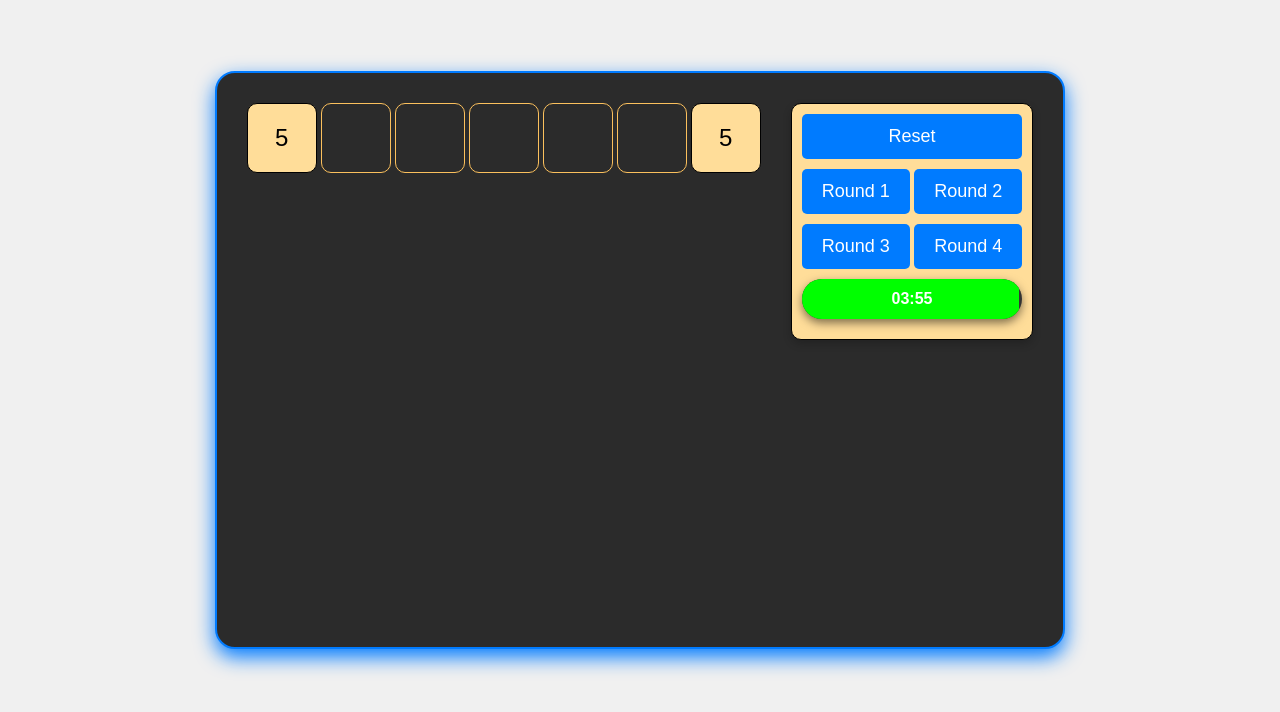
Repository: radisyah/THE_BRAIN_STORM
Page: Broken Link.html
An editor plug-in stored every save of this project. The page is shown before and after a run of saves, followed by the edit.
The browser window is 1280 px wide. The pictures show the whole page.

Above is the page before, as saved 2024-10-31 00:35:31.

### Broken Link.html
<!DOCTYPE html>
<html lang="en">
<head>
    <meta charset="UTF-8">
    <meta name="viewport" content="width=device-width, initial-scale=1.0">
    <title>The Brain Storm | Broken Link</title>
    <style>
        body {
            font-family: Arial, sans-serif;
            display: flex;
            justify-content: center; /* Center the main content */
            align-items: center; /* Center vertically */
            height: 100vh;
            margin: 0;
            background-color: #f0f0f0;
        }

        .container {
            display: flex;
            justify-content: center;
            align-items: flex-start;
            background-color: #2b2b2b; /* Dark background for contrast */
            border-radius: 20px;
            box-shadow: 0 8px 20px  #007bff;
            padding: 30px;
            border: 2px solid #007bff;
            transition: transform 0.3s ease-in-out;
        }

        /* Timer container styles */
        .timer-container {
            position: relative;
            width: 100%;
            height: 40px;
            background-color: #333;
            border-radius: 20px;
            overflow: hidden;
            box-shadow: 0px 4px 10px rgba(0, 0, 0, 0.5);
            margin-bottom: 10px;
        }

        /* Timer text styles */
        #timer {
            position: absolute;
            top: 50%;
            left: 50%;
            transform: translate(-50%, -50%);
            color: white;
            font-size: 16px;
            font-weight: bold;
            z-index: 2;
        }

        /* Progress bar styles */
        .timer-bar {
            position: absolute;
            top: 0;
            left: 0;
            height: 100%;
            background: linear-gradient(90deg, #00ff00, #ffff00, #ff0000);
            width: 100%;
            transition: width 1s linear;
            z-index: 1;
        }


        .container:hover {
            transform: scale(1.02); /* Slight scale effect when hovering over the container */
        }


        .grid-container {
            display: grid;
            grid-template-columns: repeat(7, 70px); /* Size increased */
            grid-template-rows: repeat(7, 70px); /* Size increased */
            gap: 4px; /* Increased gap */
            position: relative;
            margin-right: 30px; /* Space between grid and buttons */
        }

        .grid-item {
            display: flex;
            justify-content: center;
            align-items: center;
            font-size: 24px; /* Increased font size */
            background-color: #ffdd99;
            border: 1px solid #000;
            color: #000;
            cursor: pointer;
            position: relative;
            border-radius: 10px;
            transition: background-color 0.3s;
        }

        .grid-item[data-number=""] {
            background-color: #2b2b2b;
            border: 1px solid #fbc05d;
            cursor: default; /* Change cursor for empty grids */
        }

        .grid-item.active {
            background-color: #fbc05d;
        }

        .grid-item:hover {
            /* transform: translateY(-5px); */
            background-color: #fbc05d;

        }


        canvas {
            position: absolute;
            top: 0;
            left: 0;
            z-index: 1;
            pointer-events: none;
        }

        .green {
            background-color: #28a745 !important;
        }

        #resetButton {
            padding: 12px 25px; /* Increased padding */
            font-size: 18px; /* Increased font size */
            cursor: pointer;
            background-color: #007bff;
            color: white;
            border: none;
            border-radius: 5px;
            transition: background-color 0.3s;
        }

        #resetButton:hover {
            background-color: #0056b3;
        }

        .question-buttons {
            display: flex;
            flex-direction: column; /* Align buttons vertically */
            gap: 10px;
            padding: 10px; /* Added padding */
            background-color: #ffdd99; /* Background color for buttons layout */
            border-radius: 10px; /* Rounded corners */
            box-shadow: 0 4px 8px rgba(0, 0, 0, 0.2); /* Shadow for effect */
             border: 1px solid #000;
        }

        .grid-item.active:hover {
            background-color: #fbc05d; /* Warna background berubah */
        }

        .grid-item.green {
    background-color: #28a745 !important; /* Ensure this color is visible */
    border: 1px solid #000; /* Optional: add border to differentiate */
}

        .question-button {
            padding: 12px 20px; /* Increased padding */
            font-size: 18px; /* Increased font size */
            cursor: pointer;
            background-color: #007bff;
            color: white;
            border: none;
            border-radius: 5px;
            transition: background-color 0.3s;
        }

        .question-button:hover {
            background-color: #0056b3;
        }
    </style>
</head>
<body>

<div class="container">
    <div class="grid-container" id="grid-container">
        <!-- Grid elements will be filled here -->
    </div>

    <div class="question-buttons">
        <button id="resetButton">Reset</button>
        <div>
            <button class="question-button" onclick="loadQuestion(1)">Round 1</button>
            <button class="question-button" onclick="loadQuestion(2)">Round 2</button>
        </div>
        <div>
            <button class="question-button" onclick="loadQuestion(3)">Round 3</button>
            <button class="question-button" onclick="loadQuestion(4)">Round 4</button>
        </div>
        <div class="timer-container">
            <div id="timer">04:00</div>
            <div class="timer-bar"></div>
        </div>

    </div>
</div>

<canvas id="lineCanvas"></canvas>

<script>
    const canvas = document.getElementById('lineCanvas');
    const ctx = canvas.getContext('2d');
    const gridContainer = document.getElementById('grid-container');
    const resetButton = document.getElementById('resetButton');
    let activeGrid = null;
    let lines = []; // Store lines to be drawn

    // Data grid untuk soal
    const questions = {
        1: [
            { number: "5" }, { number: "" }, { number: "" }, { number: "" }, { number: "" }, { number: "" }, { number: "5" },
        ],
    };

    let timeLimit = 240; // Limit waktu dalam detik
    let timeRemaining = timeLimit;
    let isTimerRunning = false;
    const timerDisplay = document.getElementById('timer');
    const timerBar = document.querySelector('.timer-bar');

    function startTimer() {
        if (isTimerRunning) return;
        isTimerRunning = true;

        timerInterval = setInterval(() => {
            timeRemaining--;

            // Format menit dan detik
            const minutes = Math.floor(timeRemaining / 60);
            const seconds = timeRemaining % 60;
            timerDisplay.textContent = `${minutes < 10 ? '0' + minutes : minutes}:${seconds < 10 ? '0' + seconds : seconds}`;

            // Perbarui lebar progress bar
            const percentage = (timeRemaining / timeLimit) * 100;
            timerBar.style.width = `${percentage}%`;

            // Ubah warna progress bar
            if (percentage <= 33) {
                timerBar.style.background = "#ff0000";
            } else if (percentage <= 66) {
                timerBar.style.background = "#ffff00";
            } else {
                timerBar.style.background = "#00ff00";
            }

            // Ketika waktu habis
            if (timeRemaining <= 0) {
                clearInterval(timerInterval);
                isTimerRunning = false;
                timerDisplay.textContent = "Time is Over";
                disableGridInteractions(); // Fungsi untuk mengunci input
            }
        }, 1000);
    }


    let isGridDisabled = false; // Global flag to track grid disabled state

    function disableGridInteractions() {
        isGridDisabled = true; // Set the disabled flag
        Array.from(gridContainer.children).forEach((gridItem) => {
            gridItem.style.pointerEvents = 'none';
        });
        resetButton.disabled = true;
        resetButton.style.pointerEvents = 'none';
    }



    function resizeCanvas() {
        const rect = gridContainer.getBoundingClientRect();
        canvas.width = rect.width;
        canvas.height = rect.height;
        canvas.style.top = `${rect.top}px`;
        canvas.style.left = `${rect.left}px`;
    }

// Load the grid
function loadGrid(data) {
    gridContainer.innerHTML = '';
    data.forEach((item, index) => {
        const gridItem = document.createElement('div');
        gridItem.classList.add('grid-item');
        gridItem.dataset.number = item.number;
        gridItem.textContent = item.number || '';
        gridItem.dataset.index = index;

        // Prevent interaction with empty grid items
        if (item.number === "") {
            gridItem.classList.add('empty');
        } else {
            gridItem.addEventListener('click', () => {
                activateGrid(gridItem);
            });
        }

        gridContainer.appendChild(gridItem);
    });

    // Resize canvas to match the grid
    resizeCanvas();
}

    // Tambahkan variabel untuk menyimpan level yang sedang aktif
    let currentQuestion = 1;

    // Ensure grid is disabled on level load if `isGridDisabled` is true
    function loadQuestion(questionNumber) {
        currentQuestion = questionNumber;
        loadGrid(questions[questionNumber]);
        ctx.clearRect(0, 0, canvas.width, canvas.height);
        activeGrid = null;
        lines = [];
        if (isGridDisabled) disableGridInteractions(); // Check and disable if needed
    }

    function activateGrid(gridItem) {
        if (activeGrid) {
            activeGrid.classList.remove('active');
        }

        gridItem.classList.add('active');
        activeGrid = gridItem;
    }

    function drawLine(start, end) {
        ctx.beginPath();
        ctx.moveTo(start.x, start.y);
        ctx.lineTo(end.x, end.y);
        ctx.strokeStyle = '#fbc05d';
        ctx.lineWidth = 2;
        ctx.stroke();
    }

    function getCenterPosition(gridItem) {
        const rect = gridItem.getBoundingClientRect();
        const gridContainerRect = gridContainer.getBoundingClientRect();
        return {
            x: rect.left + rect.width / 2 - gridContainerRect.left,
            y: rect.top + rect.height / 2 - gridContainerRect.top
        };
    }

    function checkForMatch(targetGrid) {
    if (activeGrid.dataset.number === "5" && targetGrid.dataset.number === "5") {
        activeGrid.classList.add('green'); // Highlight active grid
        targetGrid.classList.add('green'); // Highlight target grid

        // Check and change any empty grid(s) in between
        const indexStart = parseInt(activeGrid.dataset.index);
        const indexEnd = parseInt(targetGrid.dataset.index);
        const minIndex = Math.min(indexStart, indexEnd);
        const maxIndex = Math.max(indexStart, indexEnd);

        // Change the grid item(s) in between to green
        for (let i = minIndex + 1; i < maxIndex; i++) {
            const inBetweenGrid = gridContainer.children[i];
            if (inBetweenGrid.dataset.number === "") {
                inBetweenGrid.classList.add('green'); // Change empty grid to green
            }
        }

        // Reset the active grid
        activeGrid.classList.remove('active'); // Deactivate the previous active grid
        activeGrid = null; // Reset active grid
        ctx.clearRect(0, 0, canvas.width, canvas.height); // Clear canvas
        drawAllLines(); // Redraw all lines
    }
}


    function drawAllLines() {
        for (let i = 0; i < lines.length; i++) {
            const { start, end } = lines[i];
            drawLine(start, end);
        }
    }

    function move(direction) {
        const index = parseInt(activeGrid.dataset.index);
        let targetIndex;

        switch (direction) {
            case 'ArrowLeft':
                if (index % 7 !== 0) targetIndex = index - 1;
                break;
            case 'ArrowRight':
                if (index % 7 !== 6) targetIndex = index + 1;
                break;
            case 'ArrowUp':
                if (index - 7 >= 0) targetIndex = index - 7;
                break;
            case 'ArrowDown':
                if (index + 7 < questions[1].length) targetIndex = index + 7; // Default to first question length
                break;
        }

        if (targetIndex !== undefined && targetIndex >= 0 && targetIndex < questions[1].length) {
            const targetGrid = gridContainer.children[targetIndex];
            const startPosition = getCenterPosition(activeGrid);
            const endPosition = getCenterPosition(targetGrid);

            if (targetGrid) {
                if (targetGrid.dataset.number === "") {
                    // Check if there's already a line passing through this empty grid cell
                    const existingLine = lines.find((line) => {
                        const startX = line.start.x;
                        const startY = line.start.y;
                        const endX = line.end.x;
                        const endY = line.end.y;
                        const centerX = endPosition.x;
                        const centerY = endPosition.y;
                        const distance = Math.sqrt(Math.pow(centerX - startX, 2) + Math.pow(centerY - startY, 2));
                        return distance < 10; // adjust the distance threshold as needed
                    });

                    if (existingLine) {
                        // Jika ada garis yang berpotongan, hapus semua garis
                        ctx.clearRect(0, 0, canvas.width, canvas.height);
                        lines = [];
                        activeGrid.classList.remove('active');
                        activeGrid = null;
                    } else {
                        drawLine(startPosition, endPosition);
                        lines.push({ start: startPosition, end: endPosition });
                    }
                } else {
                    drawLine(startPosition, endPosition);
                    checkForMatch(targetGrid);
                }
                activeGrid.classList.remove('active');
                activeGrid = targetGrid;
                activeGrid.classList.add('active');
            }
        }
    }


    resetButton.addEventListener('click', () => {
        ctx.clearRect(0, 0, canvas.width, canvas.height);
        activeGrid = null;
        lines = [];
        loadGrid(questions[currentQuestion]); // Load level yang sedang aktif
        // Hapus semua grid item yang memiliki kelas 'green'
        Array.from(gridContainer.children).forEach((gridItem) => {
            gridItem.classList.remove('green');
        });
    });

    document.addEventListener('keydown', (event) => {
        if (activeGrid) {
            move(event.key);
        }
    });

    // Disable grid when the page visibility changes to hidden
    document.addEventListener('visibilitychange', () => {
        if (document.visibilityState === 'hidden' && isGridDisabled) {
            disableGridInteractions();
        }
    });

    // Mulai timer saat halaman dimuat
    window.onload = () => {
        loadGrid(questions[1]); // Load pertanyaan pertama secara default
        window.addEventListener('resize', resizeCanvas);
        startTimer(); // Panggil timer
    };

</script>

</body>
</html>

After the next 2 saves:
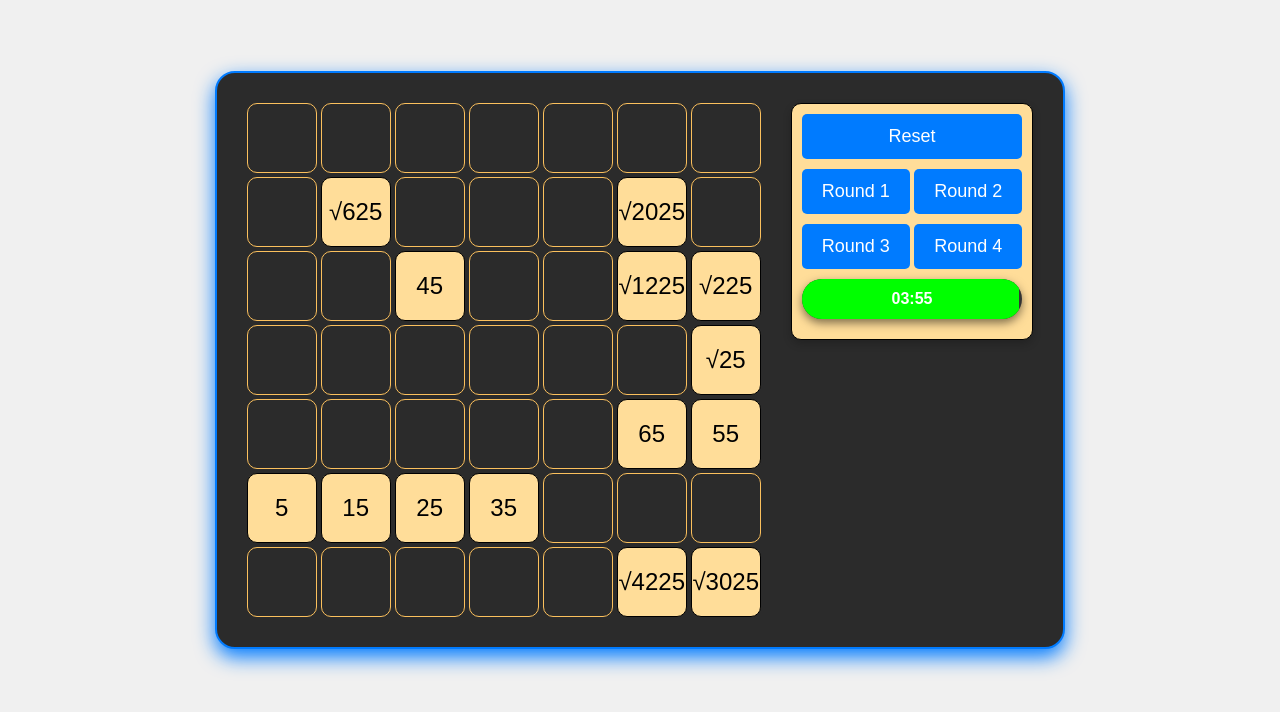
The 2 saves are shown as one change because they came seconds apart.
The last was saved 23 s later.
--- a/Broken Link.html
+++ b/Broken Link.html
@@ -151,11 +151,6 @@
             background-color: #fbc05d; /* Warna background berubah */
         }
 
-        .grid-item.green {
-    background-color: #28a745 !important; /* Ensure this color is visible */
-    border: 1px solid #000; /* Optional: add border to differentiate */
-}
-
         .question-button {
             padding: 12px 20px; /* Increased padding */
             font-size: 18px; /* Increased font size */
@@ -210,7 +205,13 @@
     // Data grid untuk soal
     const questions = {
         1: [
-            { number: "5" }, { number: "" }, { number: "" }, { number: "" }, { number: "" }, { number: "" }, { number: "5" },
+            { number: "" }, { number: "" }, { number: "" }, { number: "" }, { number: "" }, { number: "" }, { number: "" },
+            { number: "" }, { number: "√625" }, { number: "" }, { number: "" }, { number: "" }, { number: "√2025" }, { number: "" },
+            { number: "" }, { number: "" }, { number: "45" }, { number: "" }, { number: "" }, { number: "√1225" }, { number: "√225" },
+            { number: "" }, { number: "" }, { number: "" }, { number: "" }, { number: "" }, { number: "" }, { number: "√25" },
+            { number: "" }, { number: "" }, { number: "" }, { number: "" }, { number: "" }, { number: "65" }, { number: "55" },
+            { number: "5" }, { number: "15" }, { number: "25" }, { number: "35" }, { number: "" }, { number: "" }, { number: "" },
+            { number: "" }, { number: "" }, { number: "" }, { number: "" }, { number: "" }, { number: "√4225" }, { number: "√3025" },
         ],
     };
 
@@ -277,31 +278,31 @@
         canvas.style.left = `${rect.left}px`;
     }
 
-// Load the grid
-function loadGrid(data) {
-    gridContainer.innerHTML = '';
-    data.forEach((item, index) => {
-        const gridItem = document.createElement('div');
-        gridItem.classList.add('grid-item');
-        gridItem.dataset.number = item.number;
-        gridItem.textContent = item.number || '';
-        gridItem.dataset.index = index;
-
-        // Prevent interaction with empty grid items
-        if (item.number === "") {
-            gridItem.classList.add('empty');
-        } else {
-            gridItem.addEventListener('click', () => {
-                activateGrid(gridItem);
-            });
-        }
-
-        gridContainer.appendChild(gridItem);
-    });
-
-    // Resize canvas to match the grid
-    resizeCanvas();
-}
+    function loadGrid(data) {
+        gridContainer.innerHTML = '';
+
+        data.forEach((item, index) => {
+            const gridItem = document.createElement('div');
+            gridItem.classList.add('grid-item');
+            gridItem.dataset.number = item.number;
+            gridItem.textContent = item.number || '';
+            gridItem.dataset.index = index;
+
+            // Prevent interaction with empty grid items
+            if (item.number === "") {
+                gridItem.classList.add('empty');
+            } else {
+                gridItem.addEventListener('click', () => {
+                    activateGrid(gridItem);
+                });
+            }
+
+            gridContainer.appendChild(gridItem);
+        });
+
+        // Resize canvas to match the grid
+        resizeCanvas();
+    }
 
     // Tambahkan variabel untuk menyimpan level yang sedang aktif
     let currentQuestion = 1;
@@ -344,32 +345,15 @@
     }
 
     function checkForMatch(targetGrid) {
-    if (activeGrid.dataset.number === "5" && targetGrid.dataset.number === "5") {
-        activeGrid.classList.add('green'); // Highlight active grid
-        targetGrid.classList.add('green'); // Highlight target grid
-
-        // Check and change any empty grid(s) in between
-        const indexStart = parseInt(activeGrid.dataset.index);
-        const indexEnd = parseInt(targetGrid.dataset.index);
-        const minIndex = Math.min(indexStart, indexEnd);
-        const maxIndex = Math.max(indexStart, indexEnd);
-
-        // Change the grid item(s) in between to green
-        for (let i = minIndex + 1; i < maxIndex; i++) {
-            const inBetweenGrid = gridContainer.children[i];
-            if (inBetweenGrid.dataset.number === "") {
-                inBetweenGrid.classList.add('green'); // Change empty grid to green
-            }
-        }
-
-        // Reset the active grid
-        activeGrid.classList.remove('active'); // Deactivate the previous active grid
-        activeGrid = null; // Reset active grid
-        ctx.clearRect(0, 0, canvas.width, canvas.height); // Clear canvas
-        drawAllLines(); // Redraw all lines
-    }
-}
-
+        if (activeGrid.dataset.number === targetGrid.dataset.number && targetGrid.dataset.number !== "") {
+            activeGrid.classList.add('green');
+            targetGrid.classList.add('green');
+            activeGrid.classList.remove('active');
+            activeGrid = null;
+            ctx.clearRect(0, 0, canvas.width, canvas.height);
+            drawAllLines();
+        }
+    }
 
     function drawAllLines() {
         for (let i = 0; i < lines.length; i++) {
